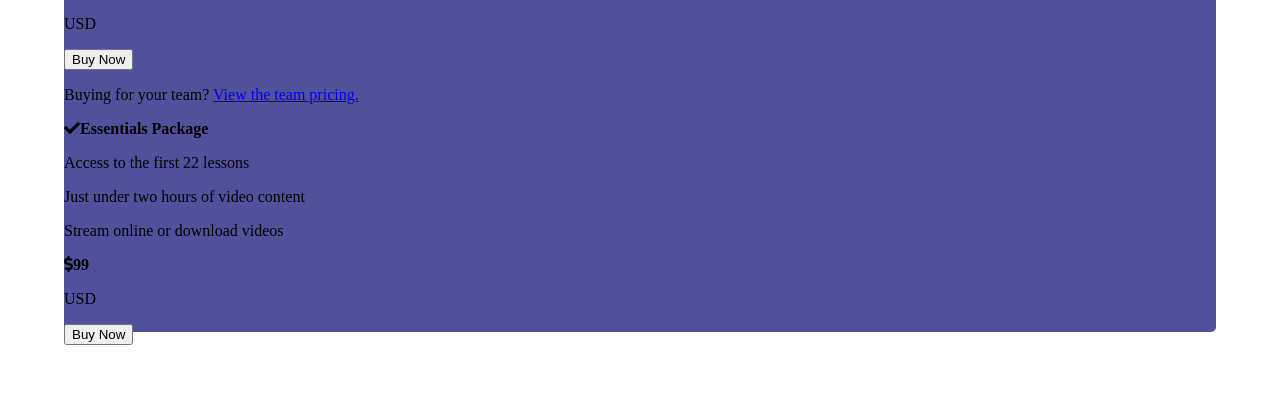
Repository: Z-ayat/Challenges
Page: Challenge 4/index.html
These files come from the project's save history. The page is drawn as it stood at one moment and after the next save; the edit follows.
The browser window is 1280 px wide. The pictures show the whole page.

Above is the page before, as saved 2021-09-07 00:37:36.

### Challenge 4/index.html
<!DOCTYPE html>

<head>
    <meta charset="UTF-8">
    <title>Course Offer Box</title>
    <link rel="stylesheet" href="styling/css/master.css">
    <link rel="stylesheet" href="styling/css/all.min.css">
    <link rel="preconnect" href="https://fonts.googleapis.com">
    <link rel="preconnect" href="https://fonts.gstatic.com" crossorigin>
    <link href="https://fonts.googleapis.com/css2?family=Cairo:wght@400;600;700;900&display=swap" rel="stylesheet">
</head>
<style>
    * {
        box-sizing: border-box;
    }

    body {
        position: relative;
        height: 100%;
    }

    .container {
        position: absolute;
        top: 50%;
        left: 50%;
        transform: translate(-50%, -50%);
        background-color: #51509B;
        width: 90vw;
        height: 90vh;
        display: grid;
        border-radius: 5px;
    }
</style>

<body>
    <div class="container">
        <div class="layout">
            <h3>Buy the course <i class="fas fa-hand-holding-usd" style="color: #FFC83D;"></i></h3>
            <p class="join">Join over 2,300 developers who have already stepped up their database performance game!</p>
        </div>
        <div class="prem-pack">
            <i class="fas fa-star">Premium Package</i>
            <p class="specs">Access to a total of 28 lessons</p>
            <p class="specs"><span class="import">Includes 6 additional advanced lessons</span>on natural sorting,full-text searching and geospatial queries</p>
            <p class="specs"><span class="import"> Full source code for all lessons, including MySQL,Poistgres and SQLite versions (where possible)</span></p>
            <p class="specs">Over two full hours of video content</p>
            <p class="specs">Stream online or download videos</p>
            <i class="fas fa-dollar-sign">149</i>
            <p class="usd">USD</p>
            <button>Buy Now</button>
            <p>Buying for your team? <a href="#">View the team pricing.</a></p>
        </div>
        <div class="ess-pack">
            <i class="fas fa-check">Essentials Package</i>
            <p class="specs"><span class="import">Access to the first 22 lessons</span></p>
            <p class="specs">Just under two hours of video content</p>
            <p class="specs">Stream online or download videos</p>
            <i class="fas fa-dollar-sign">99</i>
            <p class="usd">USD</p>
            <button>Buy Now</button>
        </div>
    </div>
</body>

</html>

Loaded but not shown: Challenge 4/styling/css/all.min.css (library); Challenge 4/styling/css/master.css (no stored copy; drawn as an empty file)

After the next save:
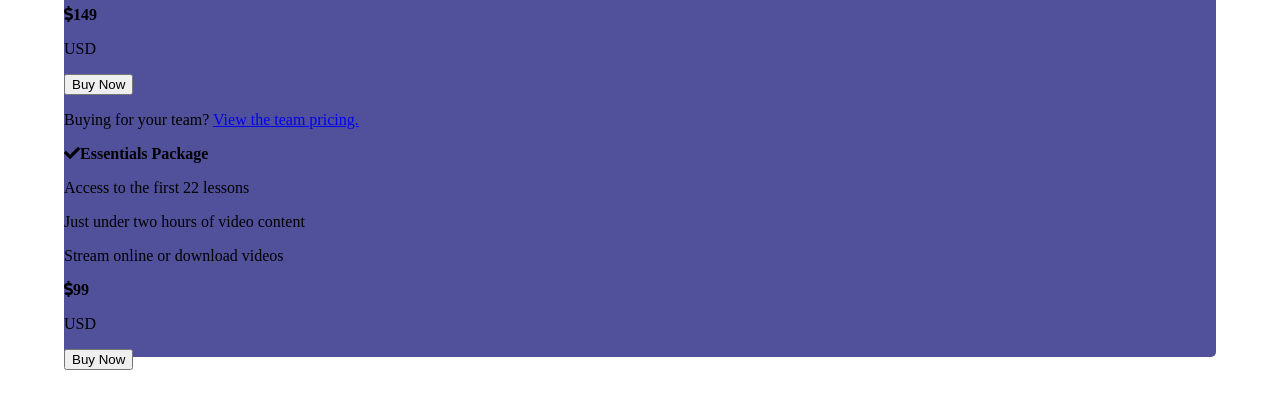
Saved 5 s later.
--- a/Challenge 4/index.html
+++ b/Challenge 4/index.html
@@ -16,7 +16,7 @@
 
     body {
         position: relative;
-        height: 100%;
+        height: 50px;
     }
 
     .container {
